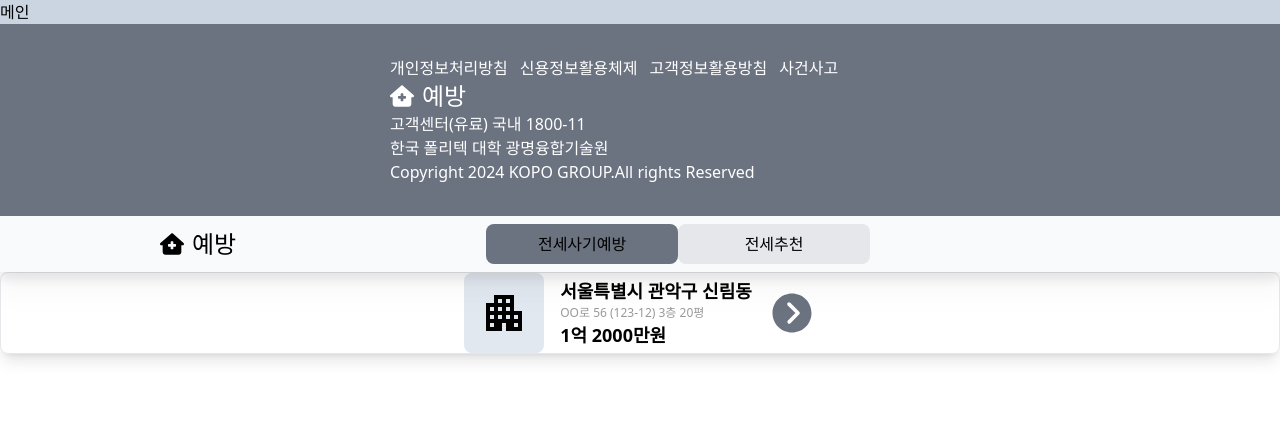
Repository: hanaTI-team-1/frontend
Page: /
An editor plug-in stored every save of this project. The page is shown before and after the next save, followed by the edit.
The browser window is 1280 px wide. The pictures show the whole page.
The project was rebuilt for these pictures with package versions that can differ from the ones it lists, and the page was loaded fresh each time. Also part of the build but not shown: vite.config.js, src/App.css, src/components/Recommend.jsx, src/components/Protect.jsx.

Above is the page before, as saved 2024-07-11 21:38:16.

After the next save:
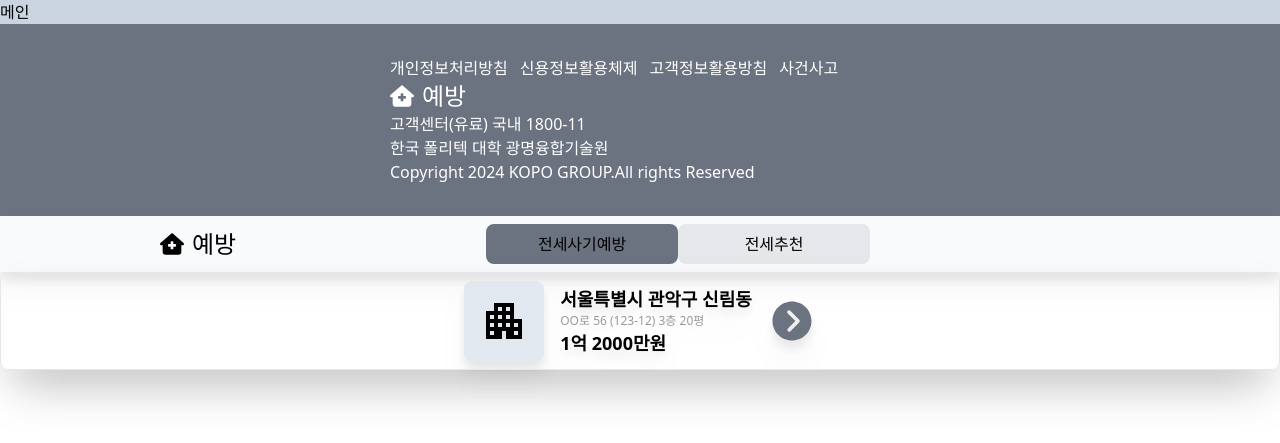
Saved 119 s later.
--- a/src/components/JeonseCard.jsx
+++ b/src/components/JeonseCard.jsx
@@ -2,7 +2,7 @@ import { IoIosArrowDroprightCircle } from 'react-icons/io'
 import { MdApartment } from 'react-icons/md'
 
 export const JeonseCard = ({address1, address2, price}) => {
-  return <li className='flex gap-4 border shadow-lg items-center justify-center cursor-pointer rounded-lg'>
+  return <li className='flex gap-4 p-2 border shadow-2xl border drop-shadow-xl items-center justify-center cursor-pointer rounded-lg'>
     {/* right box */}
       <div className='flex gap-4 items-center'>
         {/* icon */}
